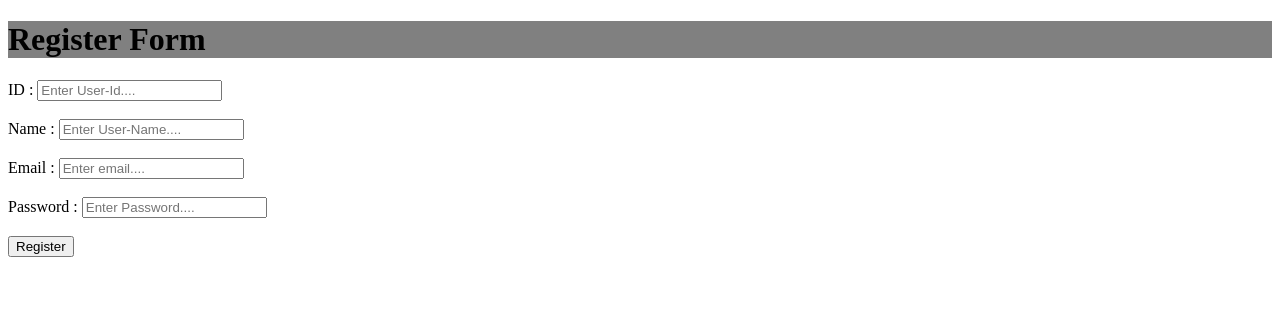
Repository: abhinavk718/servlet-project
Page: empwebapp/WebContent/register.html
The author's editor kept a copy of each file at every save. The page is drawn from the files as they stood at one save, then again after the next save.
The browser window is 1280 px wide. The pictures show the whole page.

Above is the page before, as saved 2019-11-15 09:30:41.

### empwebapp/WebContent/register.html
<!DOCTYPE html>
<html>
<head>
<meta charset="ISO-8859-1">
<title>Register here</title>
</head>
<body>
<form action="" class="col-md-4 offset-4 mt-5 mb-5 card card-body" method="post">
    <h1 class="text-center" style="background-color: gray;">Register Form</h1>
    <div class="formgroup">
       ID : <input type="text" name="id"class="form-control mb-1" placeholder="Enter User-Id....">
    </div>
    <br>
    <div class="formgroup">
       Name : <input type="text" name="name"class="form-control mb-1" placeholder="Enter User-Name....">
    </div>
    <br>
    <div class="formgroup">
      Email :  <input type="text" name="email"class="form-control mb-1" placeholder="Enter email....">
    </div>
    <br>
    <div class="formgroup">
       Password : <input type="password" name="password" class="form-control mb-1" placeholder="Enter Password....">
    </div>
    <br>
    <div class="formgroup">
        <button type="submit" class="btn btn-primary float-right mb-1" >Register</button>
    </div>
</form>
</body>
</html>

After the next save:
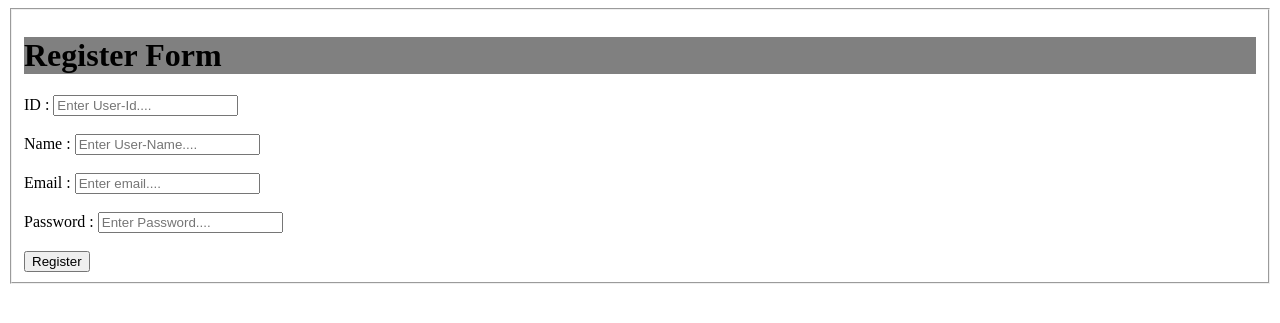
Saved 4 s later.
--- a/empwebapp/WebContent/register.html
+++ b/empwebapp/WebContent/register.html
@@ -5,6 +5,7 @@
 <title>Register here</title>
 </head>
 <body>
+<fieldset>
 <form action="" class="col-md-4 offset-4 mt-5 mb-5 card card-body" method="post">
     <h1 class="text-center" style="background-color: gray;">Register Form</h1>
     <div class="formgroup">
@@ -27,5 +28,6 @@
         <button type="submit" class="btn btn-primary float-right mb-1" >Register</button>
     </div>
 </form>
+</fieldset>
 </body>
 </html>
